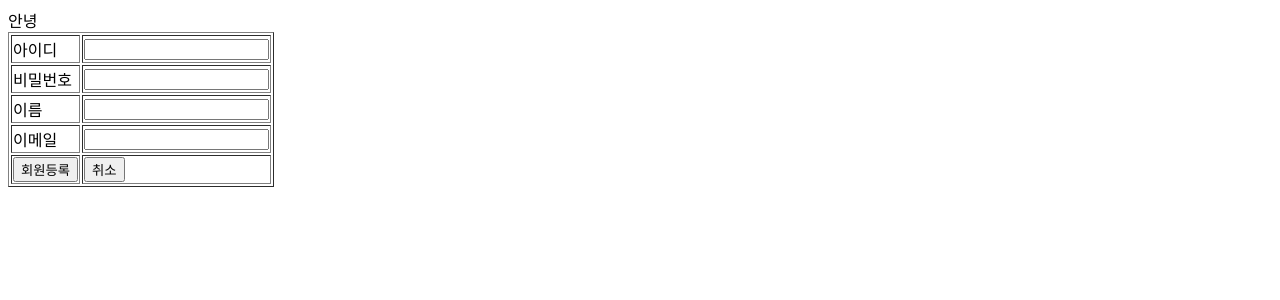
Repository: JungYOsup/Mini_project
Page: http://localhost/EsCape_Room/sign_up_form.jsp
The author's editor kept a copy of each file at every save. The page is drawn from the files as they stood at one save, then again after the next save.
The browser window is 1280 px wide. The pictures show the whole page.
The page is served by Tomcat 9.

Above is the page before, as saved 2018-01-16 04:35:01.

After the next save:
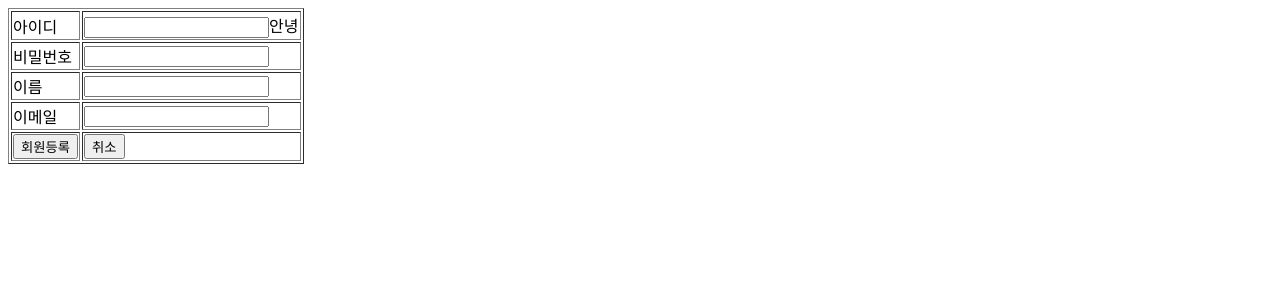
Saved 15 s later.
--- a/EsCape_Room/WebContent/sign_up_form.jsp
+++ b/EsCape_Room/WebContent/sign_up_form.jsp
@@ -42,8 +42,8 @@
 	<tr>
 
 	<td>아이디</td>
-	<td><input type="text" name="id" id="idchk" required="required"></td>
-	<span>안녕</span>
+	<td><input type="text" name="id" id="idchk" required="required"><span>안녕</span></td>
+
  	</tr>
 	<tr>
 
